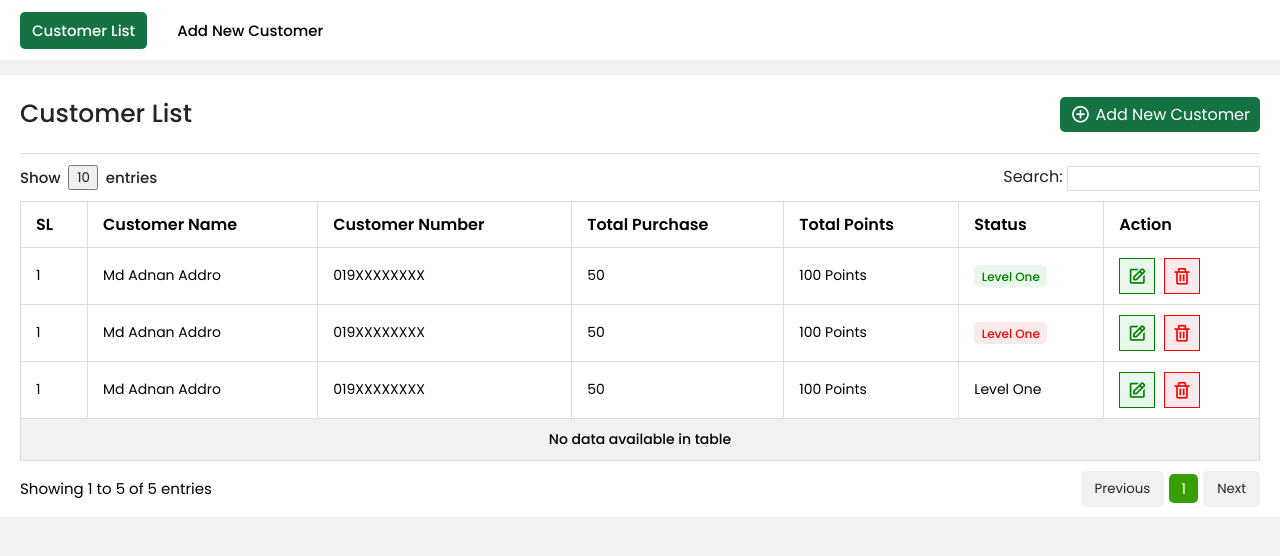
Repository: codebyaddro/customer-page
Page: customer.html
These files come from the project's save history. The page is drawn as it stood at one moment and after a run of saves; the edit follows.
The browser window is 1280 px wide. The pictures show the whole page.

Above is the page before, as saved 2025-02-20 14:43:46.

After the next 4 saves:
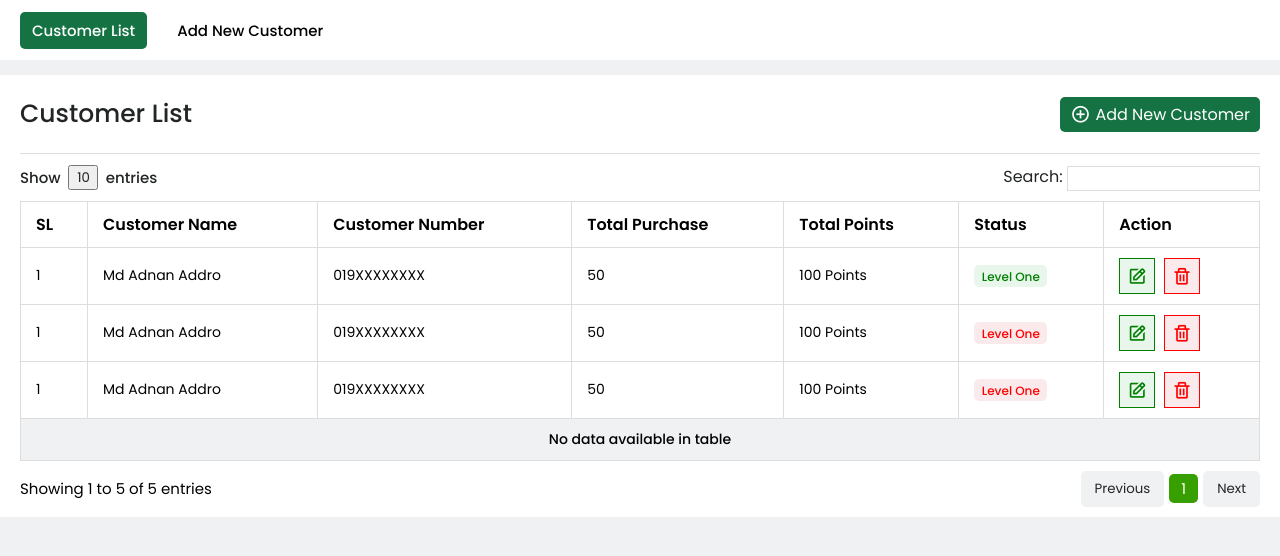
The 4 saves are shown as one change because they came seconds apart.
The last was saved 32 s later.
--- a/css/customer.css
+++ b/css/customer.css
@@ -250,6 +250,15 @@ tbody tr:hover {
     border-radius: 5px;
 }
 
+.cba-cusc-ls3 {
+    color: var(--red);
+    background-color: var(--lt-red);
+    font-size: 12px;
+    font-weight: 500;
+    padding: 2.5px 7.5px;
+    border-radius: 5px;
+}
+
 /* -- action style -- */
 
 .cba-cusc-edit-icon {
